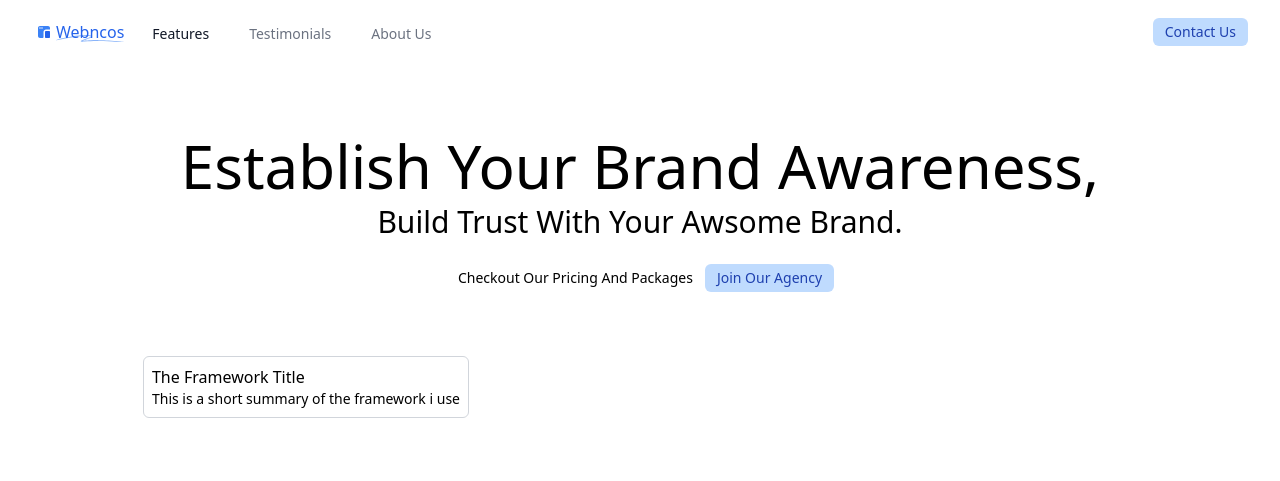
Repository: 1realjulius/webncos
Page: /
The author's editor kept a copy of each file at every save. The page is drawn from the files as they stood at one save, then again after the next save.
The browser window is 1280 px wide. The pictures show the whole page.
The project was rebuilt for these pictures with package versions that can differ from the ones it lists, and the page was loaded fresh each time. A package was used in the major version that the imports need, not the one package.json lists. The framework's server and built-in components were replaced by stand-ins that run in the browser. Also part of the build but not shown: next.config.js.

Above is the page before, as saved 2022-08-22 04:24:27.

After the next save:
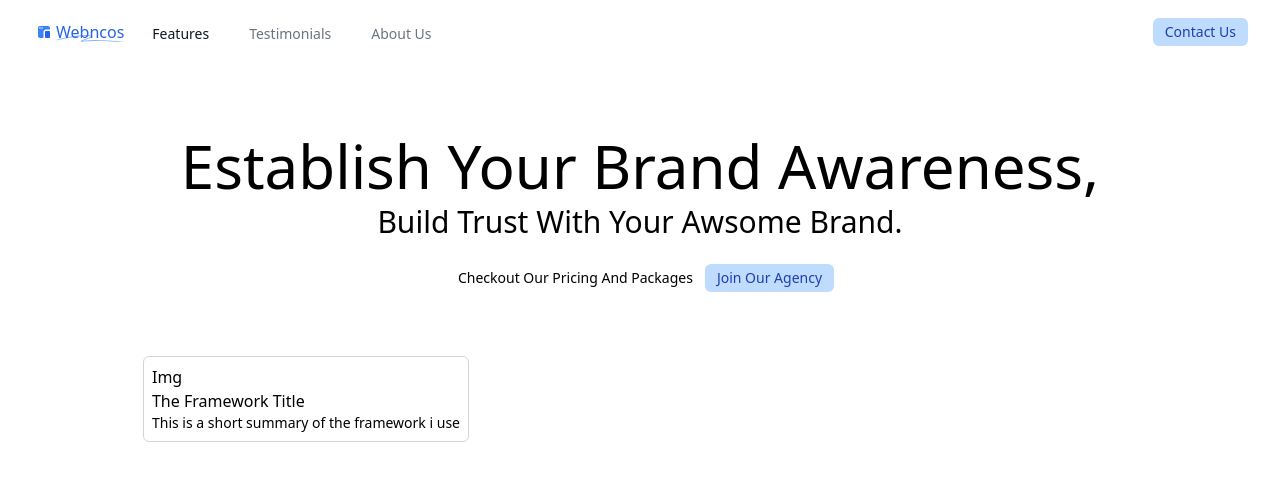
Saved 20 s later.
--- a/components/MainHome.tsx
+++ b/components/MainHome.tsx
@@ -32,6 +32,7 @@ const MainHome = () => {
         <div className="flex flex-col md:grid md:grid-cols-3 gap-2 items-center">
             <div className="flex flex-col border border-gray-300 p-2 rounded-md">
                 <div>
+                    <span>Img</span>
                     <h3>The Framework Title</h3>
                 </div>
                 <div className="text-sm">
